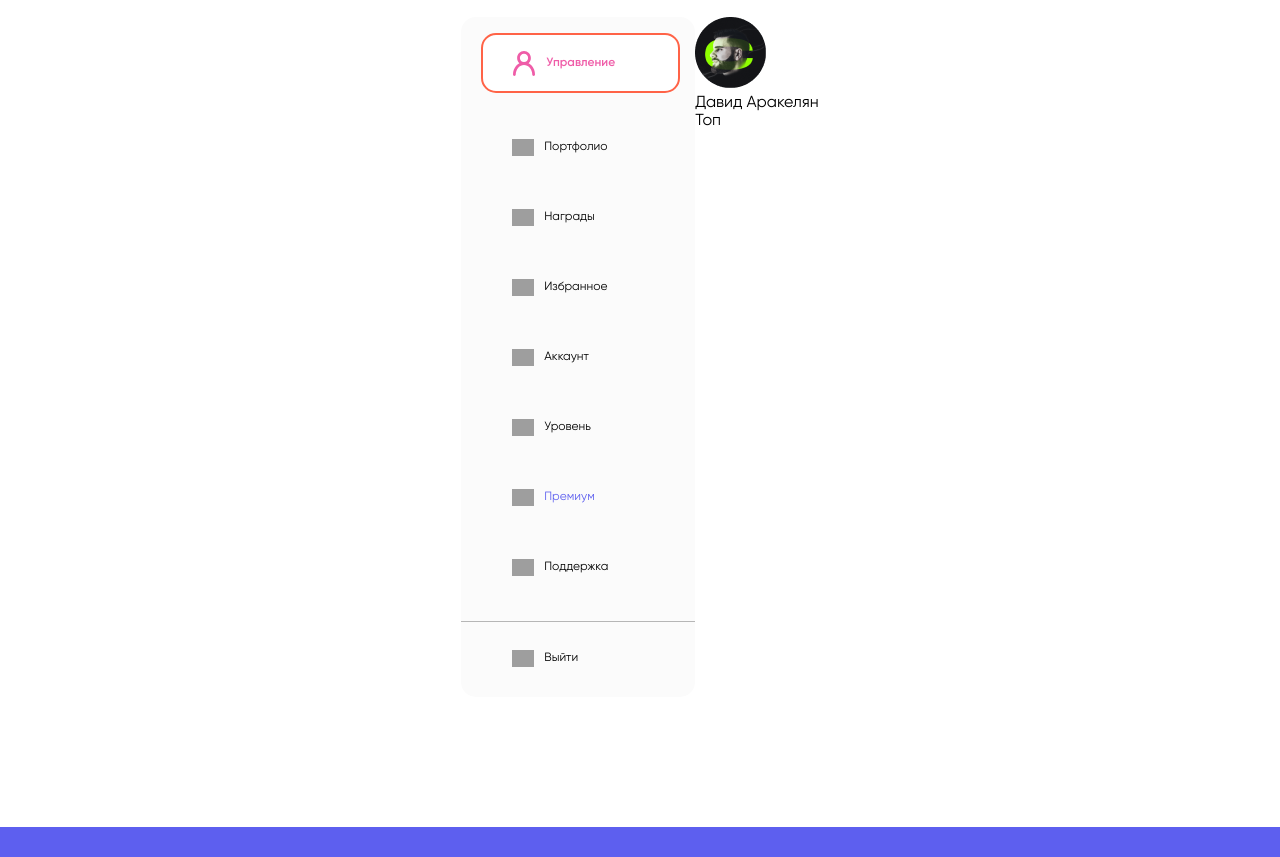
Repository: alexboagreek/selfmade
Page: index.html
The author's editor kept a copy of each file at every save. The page is drawn from the files as they stood at one save, then again after a run of saves.
The browser window is 1280 px wide. The pictures show the part of the page from y = 353 to 1210 px (the page is 1719 px tall).
Pictures or frames that could not be fetched are drawn as grey boxes. A picture or video elsewhere on the page could not be fetched, so the positions and the page height are approximate.

Above is the page before, as saved 2022-12-13 12:15:58.

### index.html
<!DOCTYPE html>
<html lang="ru">
<head>
    <meta charset="UTF-8">
    <meta http-equiv="X-UA-Compatible" content="IE=edge">
    <meta name="viewport" content="width=device-width, initial-scale=1.0">
    <link rel="stylesheet" href="css/style.css">
    <link rel="icon" type="image/png" sizes="64x64" href="assets/icons/favicon.png">
    <link rel="icon" type="image/png" sizes="48x48" href="assets/icons/favicon_48.png">
    <title>Selfmade</title>
</head>
<body>
    <header class="header">
        <div class="header__container">
            <h1 class="visually-hidden">Selfmade...</h1>
            <div class="header__box">
                <div class="header__logo">
                    <a href="/"><img src="./assets/icons/header_logo.svg" alt="Логотип Selfmade"></a>
                </div>
                <div class="header__login">
                    <div class="header__alarm">
                        <img class="header__alarm_icon" src="assets/icons/bell.svg" alt="authorization bell">
                    </div>
                    <p class="user__name">Аракелян Д.</p>
                    <div class="user__login">
                        <img src="assets/icons/user_icon.svg" alt="user icon">
                    </div>
                </div>

            </div>

        </div>
    </header>

    <main class="main main__container">
        <div class="sidebar">
            <ul class="menu__list">
                <li class="menu__list_item menu__list_item_fix">
                    <button class="menu__list_button menu__button_control control__text">Управление</button>
                </li>
                <li class="menu__list_item list_item_fix">
                    <button class="menu__list_button menu__button_portfolio">Портфолио</button>
                </li>
                <li class="menu__list_item list_item_fix">
                    <button class="menu__list_button menu__button_star">Награды</button>
                </li>
                <li class="menu__list_item list_item_fix">
                    <button class="menu__list_button menu__button_like">Избранное</button>
                </li>
                <li class="menu__list_item list_item_fix">
                    <button class="menu__list_button menu__button_settings">Аккаунт</button>
                </li>
                <li class="menu__list_item list_item_fix">
                    <button class="menu__list_button menu__button_level">Уровень</button>
                </li>
                <li class="menu__list_item list_item_fix">
                    <button class="menu__list_button menu__button_premium menu__button_active">Премиум</button>
                </li>
                <li class="menu__list_item item__border list_item_fix">
                    <button class="menu__list_button menu__button_helper">Поддержка</button>
                </li>
                <li class="menu__list_item list_item_fix menu__line">
                    <button class="menu__list_button menu__button_exit">Выйти</button>
                </li>
            </ul>
        </div>
        <div class="content">
            <section class="interface">
                <div class="interface__box">
                    <div class="interface__box_header">
                        <img src="assets/img/interface.png" alt="Логотип интерфейса юзера | user interface logo" class="interface__img">
                        <p class="interface__text">Давид Аракелян</p>
                        <div class="interface__rating">Топ</div>
                    </div>
                </div>
            </section>
        </div>
    </main>

  <footer class="footer">
    <div class="footer__container">
        <div class="footer__box">
            <img src="./assets/icons/footer_logo.svg" alt="Логотип Selfmade">
            <div class="footer__social">
                <ul class="footer__social_list">
                    <li class="footer__social_list_item">
                        <svg width="15" height="14" viewbox="0 0 15 14" fill="none" xmlns="http://www.w3.org/2000/svg">
                            <path d="M0.911243 6.87875L4.18677 8.10128L5.45459 12.1786C5.53572 12.4397 5.85504 12.5363 6.067 12.363L7.89283 10.8745C8.08421 10.7186 8.35682 10.7108 8.55683 10.856L11.85 13.2469C12.0767 13.4117 12.3979 13.2875 12.4548 13.0135L14.8672 1.40935C14.9293 1.11007 14.6352 0.860402 14.3502 0.970619L0.907405 6.15646C0.575664 6.2844 0.578554 6.75408 0.911243 6.87875ZM5.25027 7.4505L11.6519 3.50775C11.7669 3.43709 11.8853 3.59266 11.7865 3.6843L6.50332 8.59526C6.31761 8.76813 6.19783 8.99946 6.1639 9.25055L5.98393 10.5842C5.9601 10.7623 5.70995 10.78 5.66081 10.6077L4.96866 8.17563C4.88939 7.89823 5.00491 7.60194 5.25027 7.4505Z" fill="#5D5FEF"/>
                        </svg>
                    </li>
                    <li class="footer__social_list_item">
                        <svg width="15" height="15" viewbox="0 0 15 15" fill="none" xmlns="http://www.w3.org/2000/svg">
                            <path fill-rule="evenodd" clip-rule="evenodd" d="M4.90509 0.6828C2.54568 0.6828 0.632996 2.59548 0.632996 4.9549V10.295C0.632996 12.6544 2.54568 14.5671 4.90509 14.5671H10.2452C12.6046 14.5671 14.5173 12.6544 14.5173 10.295V4.9549C14.5173 2.59548 12.6046 0.6828 10.2452 0.6828H4.90509ZM7.57515 3.88687C5.51067 3.88687 3.83707 5.56047 3.83707 7.62496C3.83707 9.68944 5.51067 11.363 7.57515 11.363C9.63964 11.363 11.3132 9.68944 11.3132 7.62496C11.3132 5.56047 9.63964 3.88687 7.57515 3.88687ZM11.5421 4.64975C12.0898 4.64975 12.5338 4.20573 12.5338 3.65801C12.5338 3.11029 12.0898 2.66627 11.5421 2.66627C10.9944 2.66627 10.5504 3.11029 10.5504 3.65801C10.5504 4.20573 10.9944 4.64975 11.5421 4.64975Z" fill="#5D5FEF"/>
                        </svg>
                    </li>
                    <li class="footer__social_list_item">
                        <svg width="16" height="9" viewbox="0 0 16 9" fill="none" xmlns="http://www.w3.org/2000/svg">
                            <path d="M12.9479 4.91454C12.7006 4.61918 12.7714 4.48778 12.9479 4.22376C12.9511 4.22075 14.9925 1.55289 15.2028 0.648132L15.2041 0.647529C15.3086 0.317814 15.2041 0.0755005 14.6987 0.0755005H13.0263C12.6006 0.0755005 12.4043 0.283456 12.2991 0.516125C12.2991 0.516125 11.4477 2.44378 10.2431 3.69332C9.85434 4.05438 9.67462 4.17012 9.46239 4.17012C9.35787 4.17012 9.19535 4.05438 9.19535 3.72467V0.647529C9.19535 0.252112 9.07617 0.0755005 8.72373 0.0755005H6.09412C5.82709 0.0755005 5.66839 0.259948 5.66839 0.431737C5.66839 0.80666 6.27066 0.892856 6.33312 1.9477V4.23642C6.33312 4.73792 6.23689 4.83015 6.02338 4.83015C5.45489 4.83015 4.07508 2.89465 3.25739 0.679476C3.09232 0.249701 2.93108 0.0761032 2.50216 0.0761032H0.829178C0.351821 0.0761032 0.255585 0.284059 0.255585 0.516728C0.255585 0.927817 0.824079 2.97181 2.89921 5.67222C4.28221 7.51549 6.22988 8.51428 8.00164 8.51428C9.06661 8.51428 9.19663 8.29246 9.19663 7.91091C9.19663 6.14961 9.10039 5.98325 9.63383 5.98325C9.88111 5.98325 10.3068 6.09898 11.3011 6.98806C12.4374 8.04231 12.6242 8.51428 13.2602 8.51428H14.9326C15.4093 8.51428 15.6508 8.29246 15.5119 7.85485C15.1939 6.93442 13.0448 5.04112 12.9479 4.91454V4.91454Z" fill="#5D5FEF"/>
                        </svg>
                    </li>
                    <li class="footer__social_list_item">
                        <svg width="7" height="14" viewbox="0 0 7 14" fill="none" xmlns="http://www.w3.org/2000/svg">
                            <path d="M5.1126 2.93661H6.8285V0.446777H4.81141V0.455757C2.36736 0.540786 1.86645 1.89031 1.8223 3.30771H1.81727V4.55101H0.153015V6.9893H1.81727V13.5253H4.3254V6.9893H6.37996L6.77685 4.55101H4.32622V3.79984C4.32622 3.32082 4.65072 2.93661 5.1126 2.93661Z" fill="#5D5FEF"/>
                        </svg>
                    </li>
                </ul>
            </div>
        </div>
        <div class="footer__services">
            <ul class="services__list">
                <li class="services__list_item">Как работает сервис?</li>
                <li class="services__list_item">Советы от SELFMADE</li>
                <li class="services__list_item">Пользовательское соглашение</li>
                <li class="services__list_item">Почему SELFMADE</li>
                <li class="services__list_item">Помощь и поддержка</li>
            </ul>
        </div>
    </div>
    <div class="footer__copyright">
        <ul class="footer__copyright_list">
            <li class="footer__copyright_list_item footer__copy_text">© SELFMADE.TEAM 2022</li>
            <li class="footer__copyright_list_item footer__copy_text-info">ИНН 431207720494 / ОГРНИП 320508100324371</li>
            <li class="footer__copyright_list_item">
                <a class="footer__copyright_link" href="#">Политика конфиденциальности</a>
            </li>
        </ul>
    </div>

  </footer>
</body>
</html>

### css/style.css
@import 'normalize.css';
@import 'fonts.css';
@import 'default.css';
@import 'header.css';
@import 'sidebar.css';
@import 'interface.css';
@import 'footer.css';

### css/fonts.css
@font-face {
    font-family: Gilroy;
    src: url(../assets/fonts/Gilroy-Regular.woff2) format('woff2'),
    url(../assets/fonts/Gilroy-Regular.woff) format('woff');
    font-weight: 400;
}

@font-face {
    font-family: Gilroy;
    src: url(../assets/fonts/Gilroy-Semibold.woff2) format('woff2'),
    url(../assets/fonts/Gilroy-Semibold.woff) format('woff');
    font-weight: 500;
}

@font-face {
    font-family: Gilroy;
    src: url(../assets/fonts/Gilroy-Bold.woff2) format('woff2'),
    url(../assets/fonts/Gilroy-Bold.woff) format('woff');
    font-weight: 600;
}

### css/default.css
:root {
    --color-control-text:#EF5DA8;
    --color-menu: #F0F0F0;
    --color-menu-active: #5D5FEF;
    --color-alarm: #EF5DA8;
    --color-main: #FBFBFB;
    --footer-color-main: #5D5FEF;
    --footer-color-copyright: #5556D3;
    --footer-social-color: #FFFFFF;
    --footer-copyright-link: #B6B6B6;
}

html {
  overflow-x: hidden;
  position: relative;
  box-sizing: border-box;
}

*,
*::before,
*::after {
  box-sizing: inherit;
}

body {
  display: flex;
  flex-direction: column;
  min-width: 320px;
  height: 100%;
  font-family: Gilroy, sans-serif;
  background-color: #FFFFFF;
  font-size: 16px;
  overflow-x: hidden;
  position: relative;
}

img,
svg {
  max-width: 100%;
  max-height: 100%;
  height: auto;
}

button {
  padding: 0;
  cursor: pointer;
  border: none;
  background-color: transparent;
}

a {
  text-decoration: none;
  color: inherit;
}

ul {
  list-style: none;
  padding: 0;
  margin: 0;
}

h1,
h2,
h3,
p,
figure,
fieldset {
  margin: 0;
}

iframe {
  border: none;
}

fieldset {
  padding: 0;
  border: 0;
}

.visually-hidden {
  position: fixed;
  transform: scale(0);
}

.container {
    max-width: 1400px;
    padding: 0 100px;
    margin: 0 auto;
}

### css/header.css
.header {
    padding-top: 28px;
    padding-bottom: 37px;
    flex: 0 0 auto;
    background-color: #FFFFFF;
}

.header__box {
    display: flex;
    justify-content: space-between;
    align-items: center;
}

.header__container {
    max-width: 1500px;
    margin: 0 auto;
    padding: 0 100px;
}

.header__alarm {
    position: relative;
    margin-right: 11px;
}

.header__alarm::after {
    position: absolute;
    top: 0;
    content: '';
    width: 5px;
    height: 5px;
    background-color: var(--color-alarm);
    border-radius: 50%;
}
.user__name {
    margin-right: 6px;
}

.header__login {
    display: flex;
    align-items: center;
}

.user__login {
    cursor: pointer;
}

.services__list_item {
    cursor: pointer;
}

### css/sidebar.css
.main {
    display: flex;
}

.main__container {
    max-width: 1200px;
    margin: 0 auto;
}

.sidebar {
    display: flex;
    justify-content: center;
    width: 234px;
    border-radius: 15px;
    background-color: var(--color-main);
    margin-bottom: 130px;
}

.menu__list_button {
    font-size: 12px;
    line-height: 16px;
    padding: 7px 8px 7px 40px;
    background-size: 22px;
    background-position: 8px center;
    background-repeat: no-repeat;
    border-radius: 50px;
    border: 1px solid transparent;
    white-space: nowrap;
    outline: none;
    margin-bottom: 38px;
}

.menu__list_item_fix {
    display: flex;
    padding-left: 20px;
    align-items: flex-start;
}

.menu__button_active {
    color: var(--color-menu-active);
}

.menu__button_control {
    width: 199px;
    margin-top: 16px;
    border-radius: 15px;
    border: 2px solid tomato;
    padding: 20px;
    background-color: #FFFFFF;
    background-image: url('../assets/icons/user__icon.svg');
    background-position: calc(30px);
}

.control__text {
    font-weight: 500;
    color: var(--color-control-text);
}

.menu__button_portfolio {
    background-image: url('../assets/icons/portfolio_icon.svg');
}
.menu__button_star {
    background-image: url('../assets/icons/star_icon.svg');
}

.menu__button_like {
    background-image: url('../assets/icons/like_icon.svg');
}
.menu__button_settings {
    background-image: url('../assets/icons/settings_icon.svg');
}
.menu__button_level {
    background-image: url('../assets/icons/level_icon.svg');
}
.menu__button_premium {
    background-image: url('../assets/icons/premium_icon.svg');
}

.menu__button_helper {
    background-image: url('../assets/icons/helper_icon.svg');
}

.menu__line {
    width: 234px;
    border-top: 1px solid var(--footer-copyright-link);
}
.menu__button_exit {
    background-image: url('../assets/icons/exit_icon.svg');
    margin-top: 20px;
    margin-bottom: 23px;
}

.list_item_fix {
    padding-left: 42px;
}

### css/interface.css
.inferb

### css/footer.css
.footer {
    flex: 0 0 auto;
}

.footer__container {
    padding: 50px 140px 0px 140px;
    background-color: var(--footer-color-main);
}

.footer__box {
    display: flex;
    justify-content: space-between;
    background-color: var(--footer-color-main);
    margin-bottom: 50px;
}

.footer__social_list_item {
    display: flex;
    align-items: center;
    justify-content: center;
    width: 29px;
    height: 29px;
    background-color: var(--footer-social-color);
    border-radius: 50%;
    margin-right: 19px;
    cursor: pointer;
}

.footer__social_list_item:last-child {
    margin-right: 0;
}

.footer__social_list {
    display: flex;
}

.footer__services {
    padding-bottom: 41px;
}

.services__list {
    display: flex;
    justify-content: space-between;
}
.services__list_item {
    font-size: 16px;
    font-weight: 500;
    color: var(--footer-social-color);
}

.footer__copyright {
    padding: 30px 140px;
    border-top: 1px solid #FFFFFF;
    background-color: var(--footer-color-copyright);
}

.footer__copyright_list {
    display: flex;
    justify-content: space-between;
}

.footer__copy_text {
    font-weight: 500;
    line-height: 16px;
    color: var(--footer-social-color);
}

.footer__copy_text-info {
    font-weight: 400;
    color: var(--footer-social-color);
}
.footer__copyright_link {
    color: var(--footer-copyright-link);
}

Loaded but not shown: css/normalize.css (library)

After the next 6 saves:
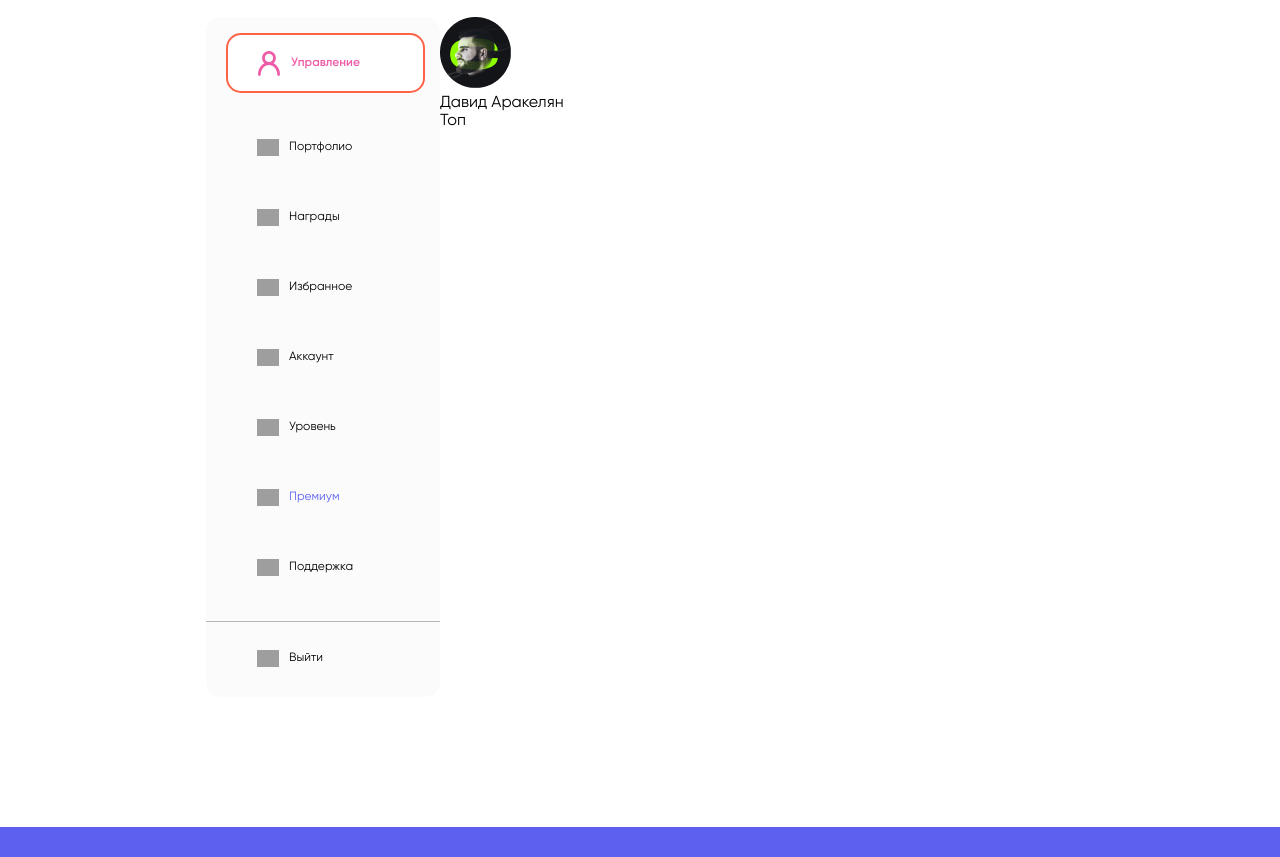
The 6 saves are shown as one change because they came seconds apart.
The last was saved 14 s later.
--- a/css/interface.css
+++ b/css/interface.css
@@ -1 +1,3 @@
-.inferb
+.interface__box {
+    width: 634px;
+}
